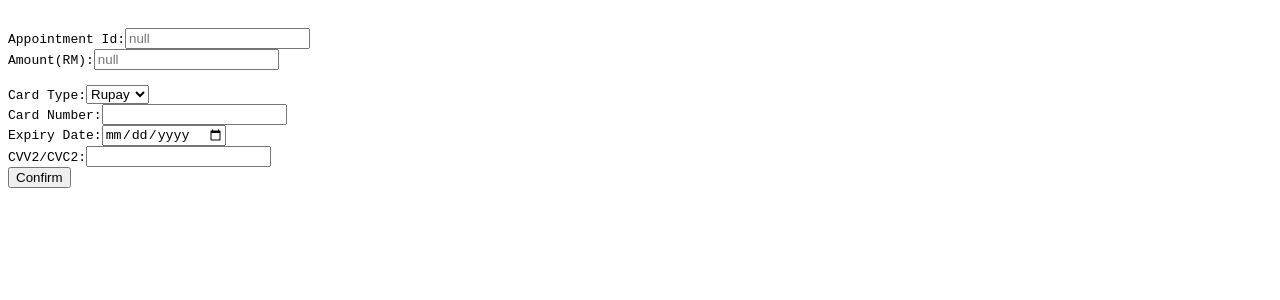
Repository: anujsoni10001/JSP-Servlet
Page: http://localhost/Minor/MakePayment.jsp
These files come from the project's save history. The page is drawn as it stood at one moment and after the next save; the edit follows.
The browser window is 1280 px wide. The pictures show the whole page.
The page is served by Tomcat 9. Other server files are loaded and not shown.

Above is the page before, as saved 2019-03-22 10:35:31.

### FinalProject/minor - Copy/Minor/WebContent/MakePayment.jsp
<%
String apt_id=request.getParameter("a_id");
String chargesRM=request.getParameter("charges");
%>
<%@ page language="java" contentType="text/html; charset=ISO-8859-1"
    pageEncoding="ISO-8859-1"%>
<!DOCTYPE html PUBLIC "-//W3C//DTD HTML 4.01 Transitional//EN" "http://www.w3.org/TR/html4/loose.dtd">
<html>
<head>
<meta http-equiv="Content-Type" content="text/html; charset=ISO-8859-1">
<title>Payment</title>
</head>
<body>
<pre>

Appointment Id:<input type="text" placeholder=<%=apt_id%>>
Amount(RM):<input type="text" placeholder="<%=chargesRM%>">
<form action="Pay">
Card Type:<select name="card_type">
<option>Rupay</option>
<option>Master</option>
<option>VISA</option>
</select>
Card Number:<input type="text" name="card_number">
Expiry Date:<input type="date" name="expiry_date">
CVV2/CVC2:<input type="text" name="cvv">
<input type="submit" value="Confirm">
</form>
</pre>
</body>
</html>

After the next save:
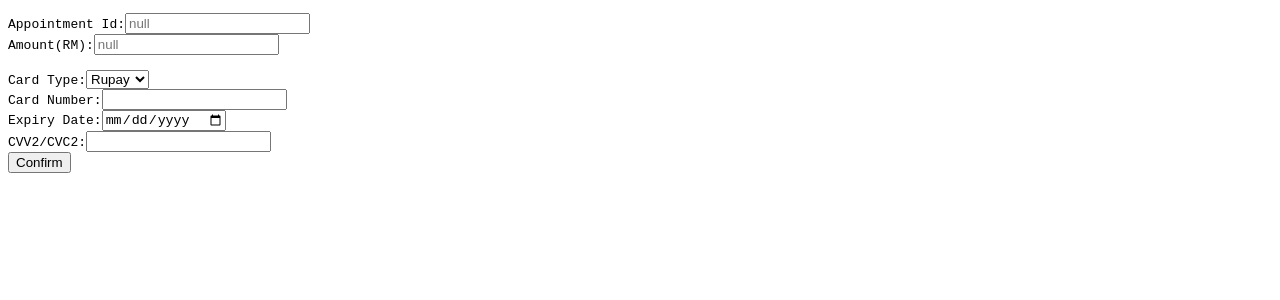
Saved 94 min 57 s later.
--- a/FinalProject/minor - Copy/Minor/WebContent/MakePayment.jsp
+++ b/FinalProject/minor - Copy/Minor/WebContent/MakePayment.jsp
@@ -12,9 +12,8 @@ String chargesRM=request.getParameter("charges");
 </head>
 <body>
 <pre>
-
 Appointment Id:<input type="text" placeholder=<%=apt_id%>>
-Amount(RM):<input type="text" placeholder="<%=chargesRM%>">
+Amount(RM):<input type="text" placeholder=<%=chargesRM%>>
 <form action="Pay">
 Card Type:<select name="card_type">
 <option>Rupay</option>
